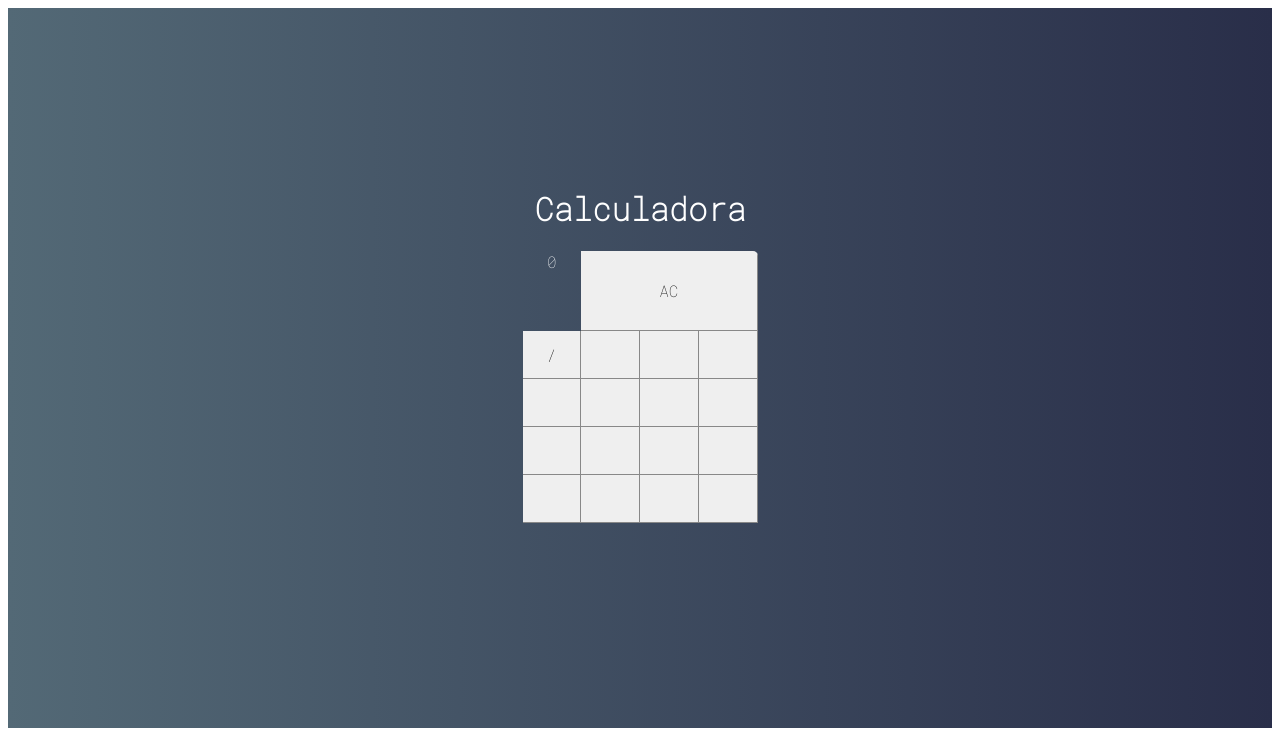
Repository: wgpena/calculadoraVue
Page: /
An editor plug-in stored every save of this project. The page is shown before and after the next save, followed by the edit.
The browser window is 1280 px wide. The pictures show the whole page.
The project was rebuilt for these pictures with package versions that can differ from the ones it lists, and the page was loaded fresh each time.

Above is the page before, as saved 2019-04-11 13:45:56.

After the next save:
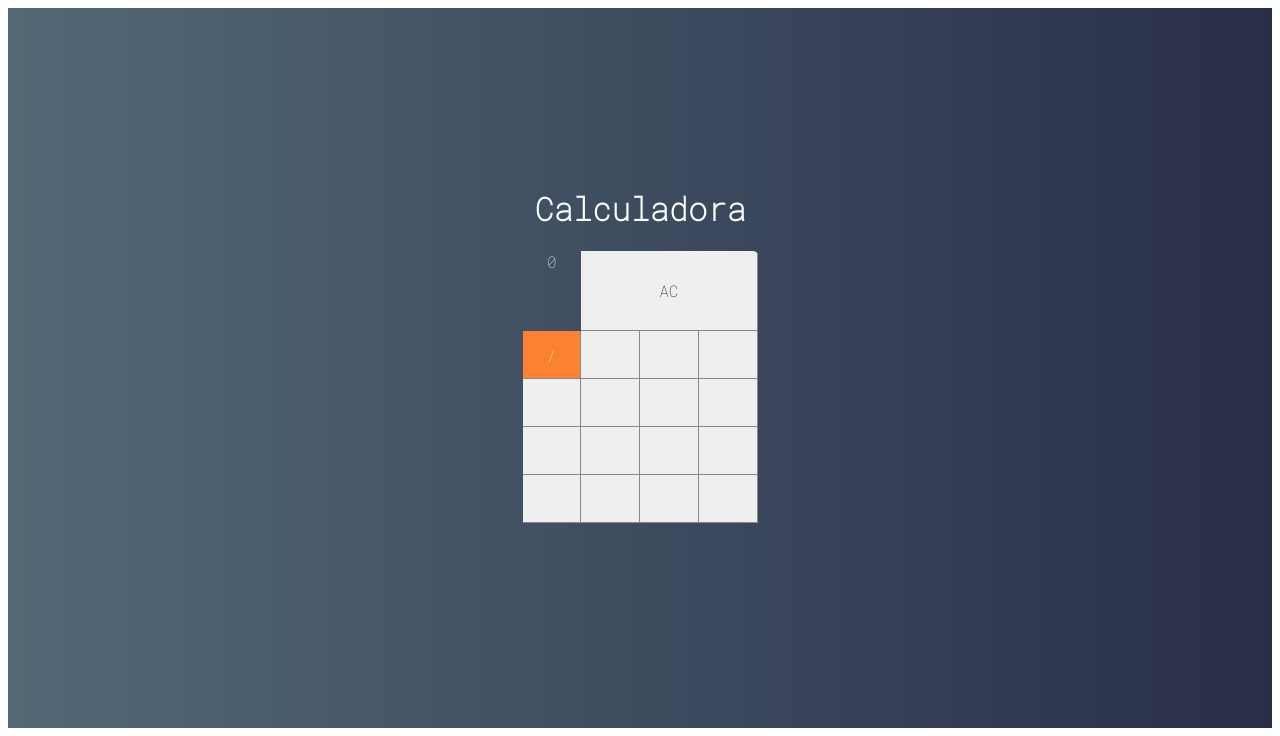
Saved 18 s later.
--- a/src/main/Calculator.vue
+++ b/src/main/Calculator.vue
@@ -2,7 +2,7 @@
     <div class="calculator">
         <Display />
         <Button label="AC" triple />
-        <Button label="/" oparetor />
+        <Button label="/" operator />
         <Button label="" />
         <Button label="" />
         <Button label="" />
